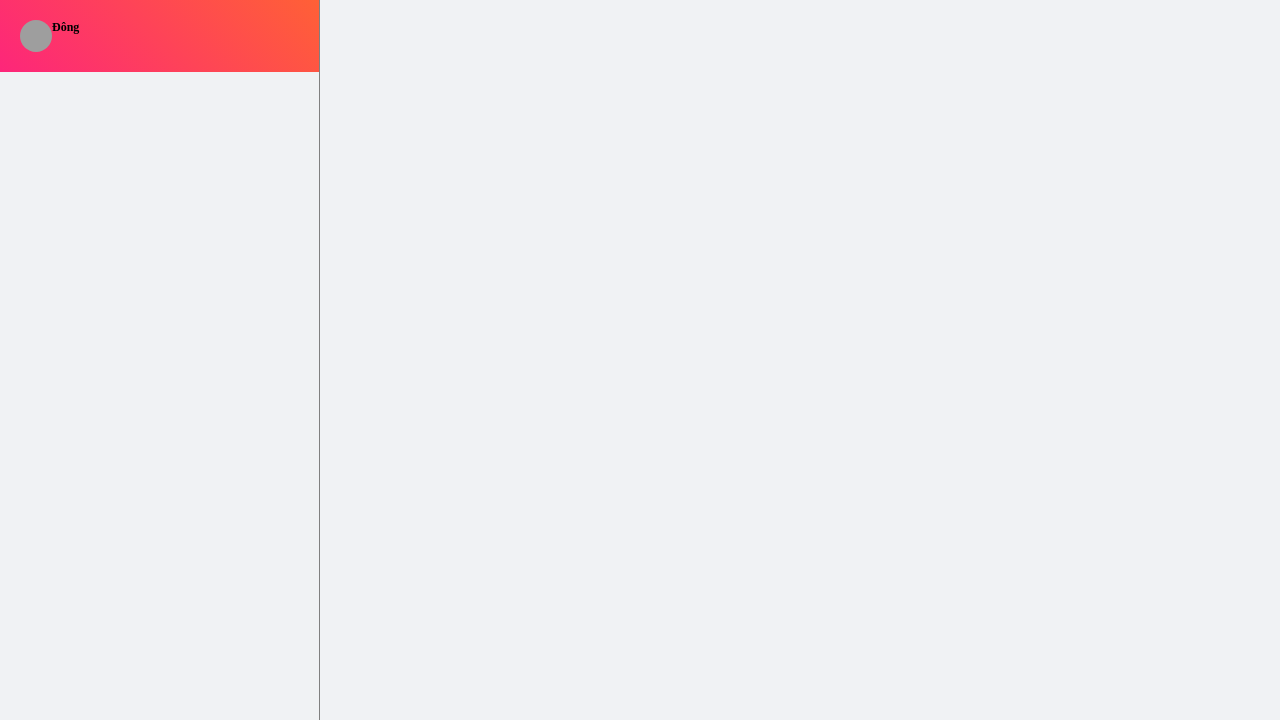
Repository: conquy2002/T2009A
Page: Project RobinTinder/website/index.html
These files come from the project's save history. The page is drawn as it stood at one moment and after the next save; the edit follows.
The browser window is 1280 px wide. The pictures show the whole page.
Pictures or frames that could not be fetched are drawn as grey boxes.

Above is the page before, as saved 2022-01-07 08:35:12.

After the next save:
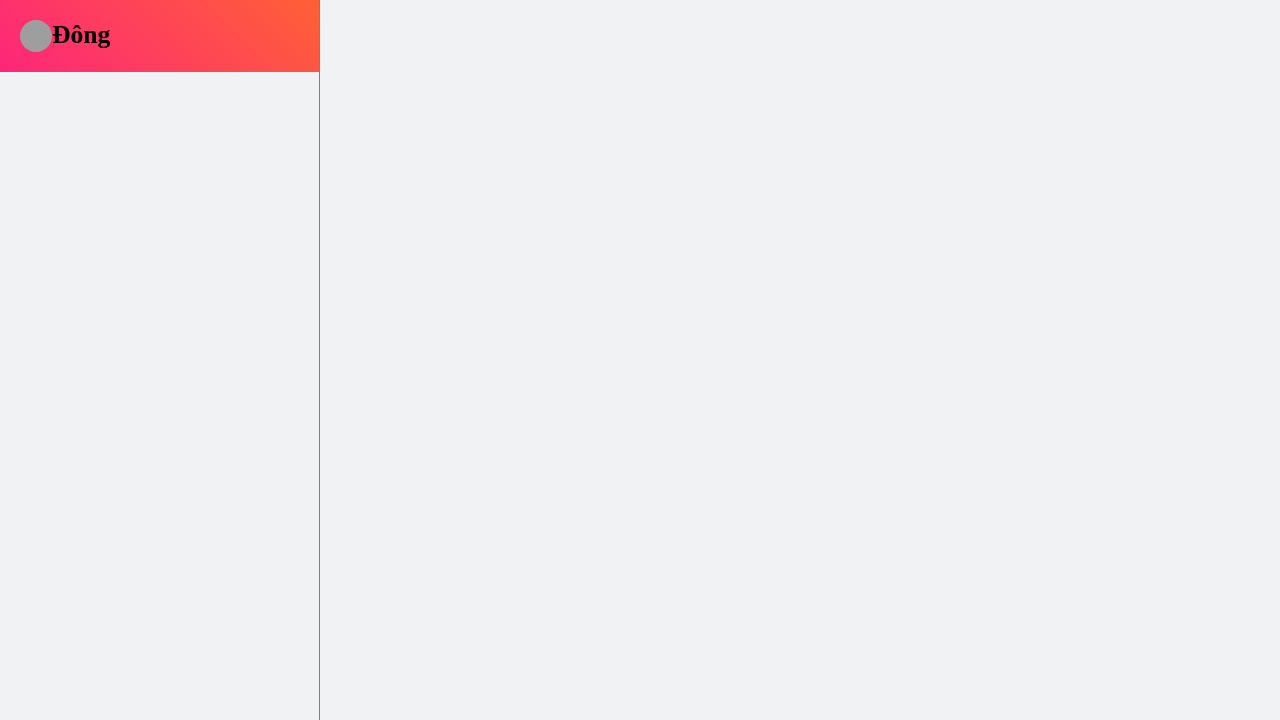
Saved 7 s later.
--- a/Project RobinTinder/website/css/style.css
+++ b/Project RobinTinder/website/css/style.css
@@ -33,7 +33,7 @@
 h2 {
     text-align: center;
     font-weight:600;
-    font-size: 12px;
+    font-size: 1.6rem;
 }
 .content{
 
